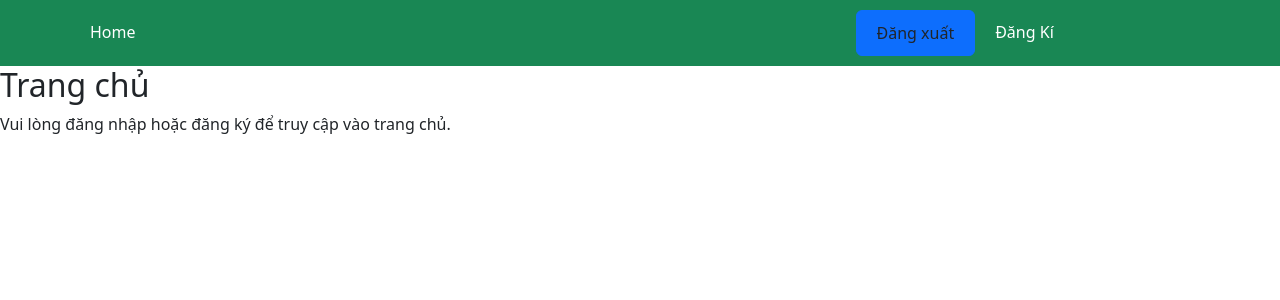
Repository: tung1999zxc/vue-project
Page: /
The author's editor kept a copy of each file at every save. The page is drawn from the files as they stood at one save, then again after the next save.
The browser window is 1280 px wide. The pictures show the whole page.
The project was rebuilt for these pictures with package versions that can differ from the ones it lists, and the page was loaded fresh each time. Also part of the build but not shown: vite.config.ts, src/components/test.vue, src/components/login.vue, src/components/Regis.vue.

Above is the page before, as saved 2023-08-01 11:50:16.

After the next save:
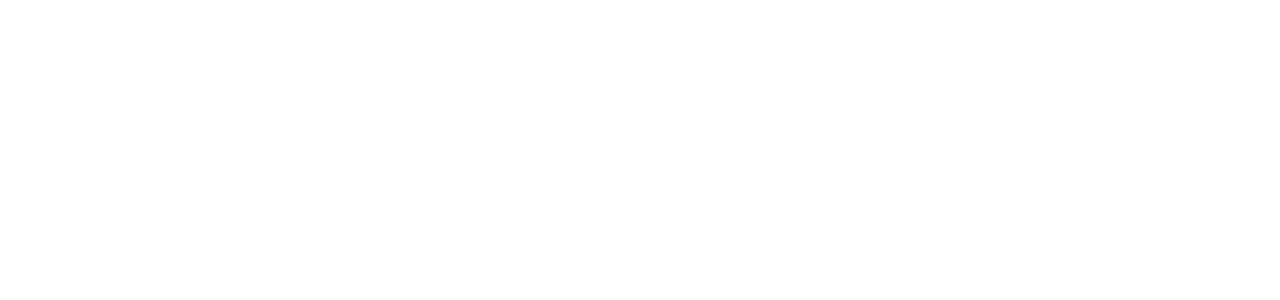
Console error: ReferenceError: getMutations is not defined
Saved 26 s later.
--- a/src/components/Menu.vue
+++ b/src/components/Menu.vue
@@ -17,11 +17,11 @@
 
   <script>
   import 'bootstrap/dist/css/bootstrap.css';
-  import Vuex from 'vuex';
+
   import { mapGetters , mapMutations} from 'vuex';
   export default {
     computed: {
-    // ...mapGetters('auth', ['isAuthenticated']), // Sử dụng getter isAuthenticated từ Vuex module auth
+    ...mapGetters('auth', ['isAuthenticated']), // Sử dụng getter isAuthenticated từ Vuex module auth
   },
     data() {
         return {
@@ -31,7 +31,7 @@
     },
 
     methods: {
-      // ...getMutations('auth',['setAuth']),
+      ...getMutations('auth',['setAuth']),
 
 
         checkAuthentication() {

After the 4 saves that followed:
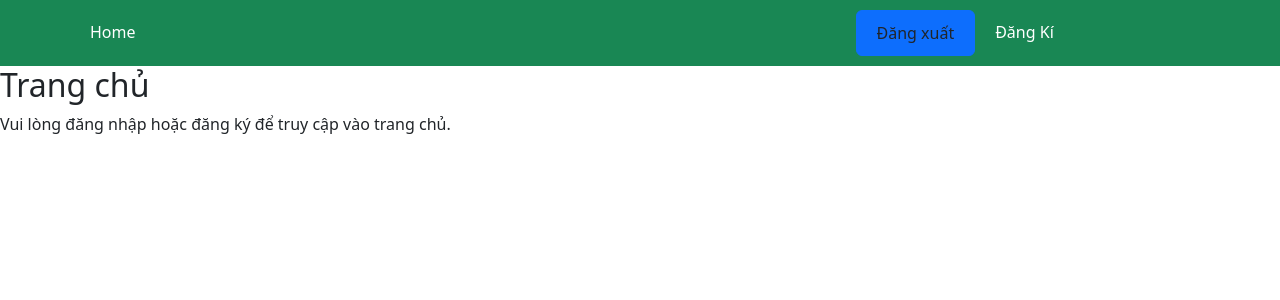
The error is gone.
The 4 saves are shown as one change because 3 left the picture as it was.
The last was saved 5 min 33 s later.
--- a/src/components/Menu.vue
+++ b/src/components/Menu.vue
@@ -31,7 +31,7 @@
     },
 
     methods: {
-      ...getMutations('auth',['setAuth']),
+      // ...getMutations('auth',['setAuth']),
 
 
         checkAuthentication() {
